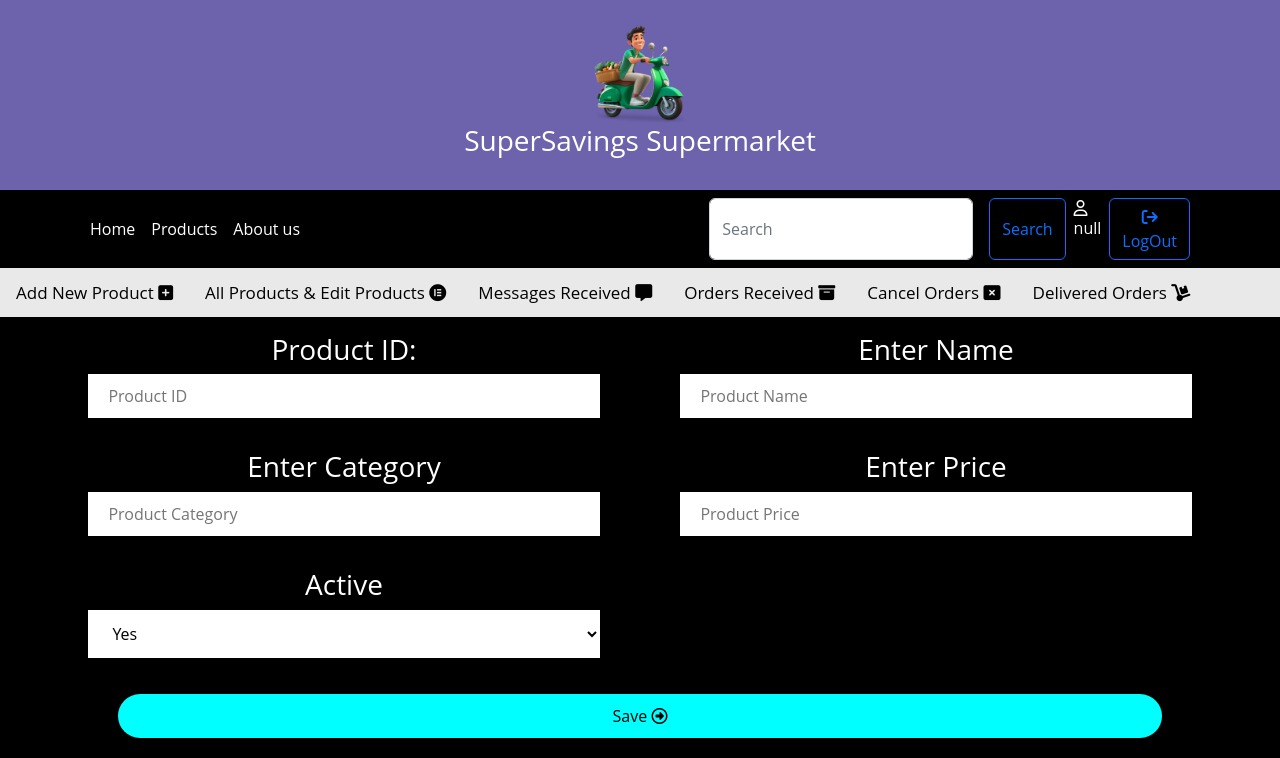
Repository: Raviraj39/SuperSaving-Online-Supermarket-Website
Page: http://localhost/Super_market/AddNewProduct.jsp
These files come from the project's save history. The page is drawn as it stood at one moment and after the next save; the edit follows.
The browser window is 1280 px wide. The pictures show the whole page.
The page is served by Tomcat 9.

Above is the page before, as saved 2023-12-26 10:42:36.

After the next save:
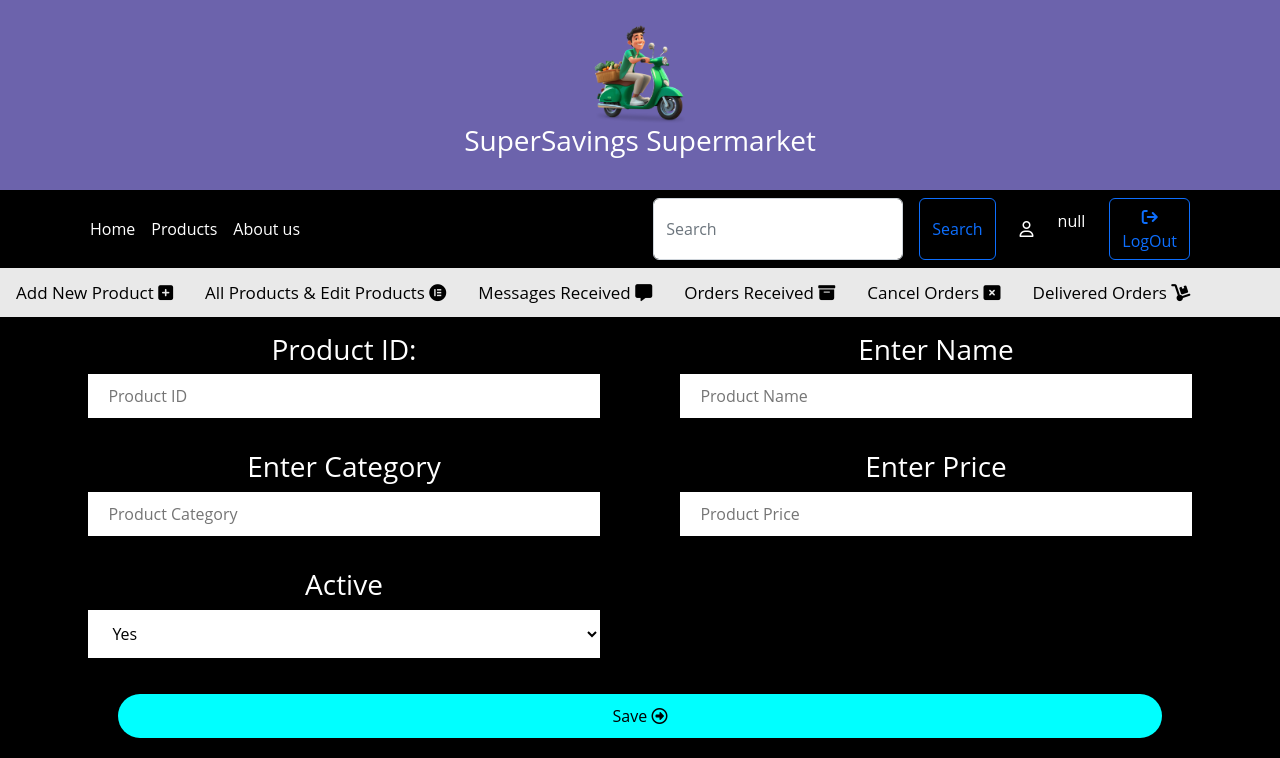
Saved 50 s later.
--- a/Super_market/src/main/webapp/AdminHome.jsp
+++ b/Super_market/src/main/webapp/AdminHome.jsp
@@ -40,8 +40,11 @@
 				<form class="d-flex" role="search">
 					<input class="form-control me-2" type="search" placeholder="Search" aria-label="Search">
 					<button class="btn btn-outline-primary mx-2" type="submit">Search</button>
-					<p><i class="fa-regular fa-user"></i><%= session.getAttribute("username") %></p>
-					<a href="logout" class="btn btn-outline-primary mx-2"> <i class="fa-solid fa-arrow-right-from-bracket"></i>LogOut  </a>
+<div class="d-flex align-items-center justify-content-between mx-3">
+						<div class="">
+						<i class="fa-regular fa-user "></i></div>
+					<p class="ms-4 "><%= session.getAttribute("username") %></p>
+					</div>					<a href="logout" class="btn btn-outline-primary mx-2"> <i class="fa-solid fa-arrow-right-from-bracket"></i>LogOut  </a>
 				</form>
 			</div>
 		</div>
